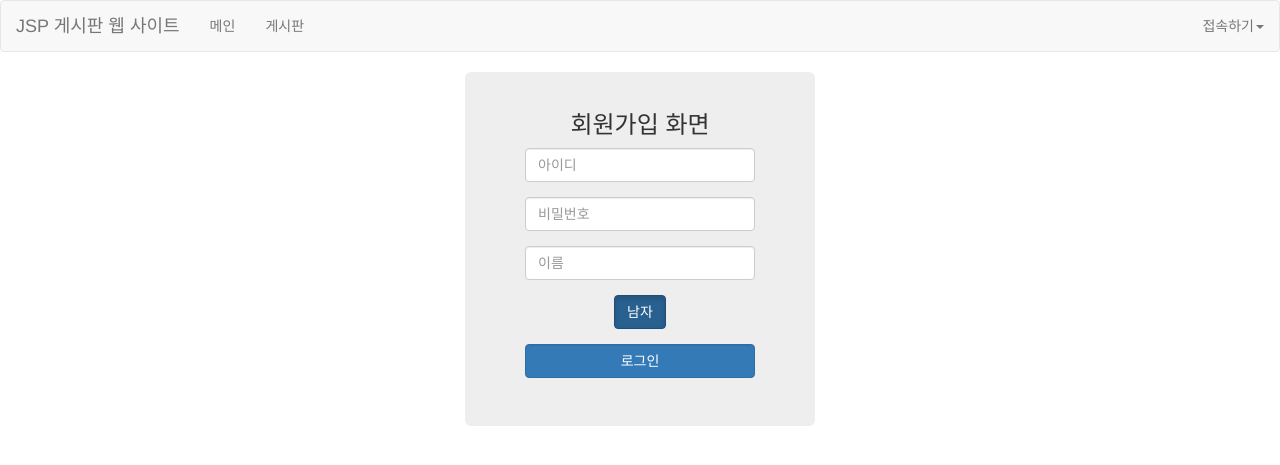
Repository: MinKyeong031/NoticeBoard-JSP-
Page: http://localhost/text/join.jsp
An editor plug-in stored every save of this project. The page is shown before and after the next save, followed by the edit.
The browser window is 1280 px wide. The pictures show the whole page.
Some web libraries are served in a nearby version. The page is served by Tomcat 9. Other server files are loaded and not shown.

Above is the page before, as saved 2020-10-05 00:38:43.

### WS/text/WebContent/join.jsp
<%@ page language="java" contentType="text/html; charset=UTF-8"
	pageEncoding="UTF-8"%>
<!DOCTYPE html>
<html>
<head>
<meta charset="UTF-8">
<meta  name = "viewport" content = "width=device-width" initial-scale = "1"/>
<link rel = "stylesheet" href = "css/bootstrap.css">
<title>JSP 게시판 웹사이트</title>
</head>
<body>
	<nav class="navbar navbar-default">
		<div class="navbar-header">
			<button type="button" class="navbar-toggle collapsed"
				data-toggle="collapse" data-target="#bs-exanple-navbar-collapse-1"
				aria-expanded="false">
				<span class="icon-bar"></span> <span class="icon-bar"></span> <span
					class="icon-bar"></span>
			</button>
			<a href="main.jsp" class="navbar-brand">JSP 게시판 웹 사이트</a>
		</div>
		<div class="collapse navbar-collapse"
			id="bs-exanple-navbar-collapse-1">
			<ul class="nav navbar-nav">
				<li><a href="main.jsp">메인</a></li>
				<li><a href="bbs.jsp">게시판</a></li>
			</ul>
			<ul class="nav navbar-nav navbar-right">
				<li class="dropdown"><a href=".jsp" class="dropdown-toggle"
					data-toggle="dropdown" role="button" aria-haspopup="true"
					aria-expanded="false">접속하기<div class="caret"></div>
				</a></li>
				<ul class="dropdown-menu">
					<li class="active"><a href="login.jsp">로그인</a></li>
					<li><a href="join.jsp">회원가입</a></li>
				</ul>
			</ul>
		</div>
	</nav>
	<div class="container">
		<div class="col-lg-4"></div>
		<div class="col-lg-4">
			<div class = "jumbotron" style = "padding-top : 20px">
				<form action = "joinAction.jsp" method = "post">
					<h3 style = "text-align: center;">회원가입 화면</h3>
					<div class = "form-group">
						<input type = "text" class = "form-control" placeholder = "아이디" name = "userID" maxlength = "20"/>
					</div>
					<div class = "form-group">
						<input type = "password" class = "form-control" placeholder = "비밀번호" name = "userPassword" maxlength = "20"/>
					</div>
					<div class = "form-group">
						<input type = "text" class = "form-control" placeholder = "이름" name = "userName" maxlength = "20"/>
					</div>
					<div class = "form-group" style = "text-align: center;">
						<div class = "btn-group" data-toggle = "buttons">
							<label class = "btn btn-primary active">
								<input type = "radio" name = "userGender" autocomplete = "off" value = "남자">남자
							</label>
						</div>
					</div>
					<input type = "submit" class = "btn btn-primary form-control" value = "로그인"/>
				</form>
			</div>
		</div>
	</div>
	<script src = "https://code.jquery.com/jquery-3.1.1.min.js"></script>
	<script src = "js/bootstrap.js"></script>
</body>
</html>

Loaded but not shown: WS/text/WebContent/css/bootstrap.css (library); WS/text/WebContent/js/bootstrap.js (library)

After the next save:
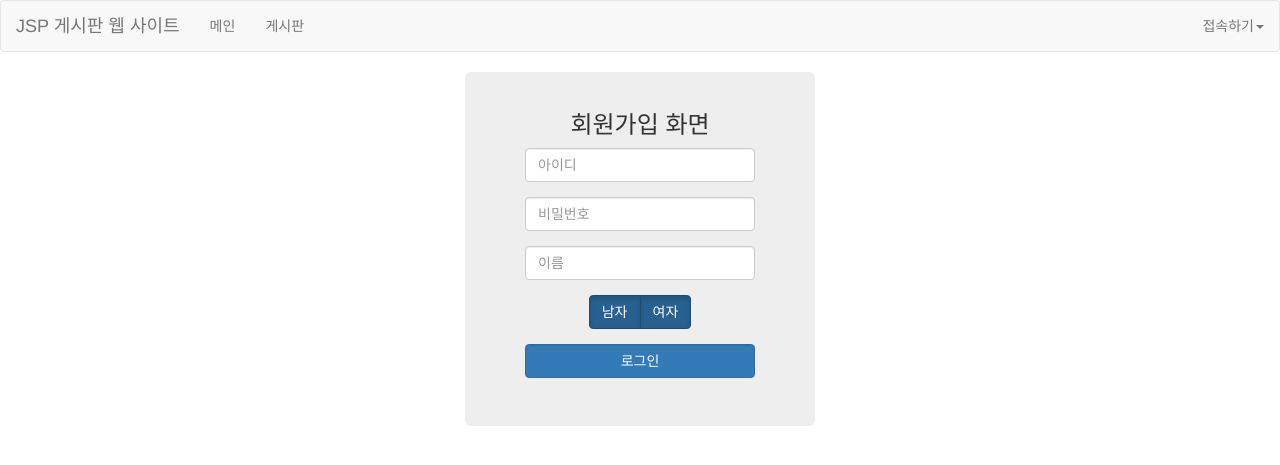
Saved 21 s later.
--- a/WS/text/WebContent/join.jsp
+++ b/WS/text/WebContent/join.jsp
@@ -57,6 +57,9 @@
 							<label class = "btn btn-primary active">
 								<input type = "radio" name = "userGender" autocomplete = "off" value = "남자">남자
 							</label>
+							<label class = "btn btn-primary active">
+								<input type = "radio" name = "userGender" autocomplete = "on" value = "여자">여자
+							</label>
 						</div>
 					</div>
 					<input type = "submit" class = "btn btn-primary form-control" value = "로그인"/>
